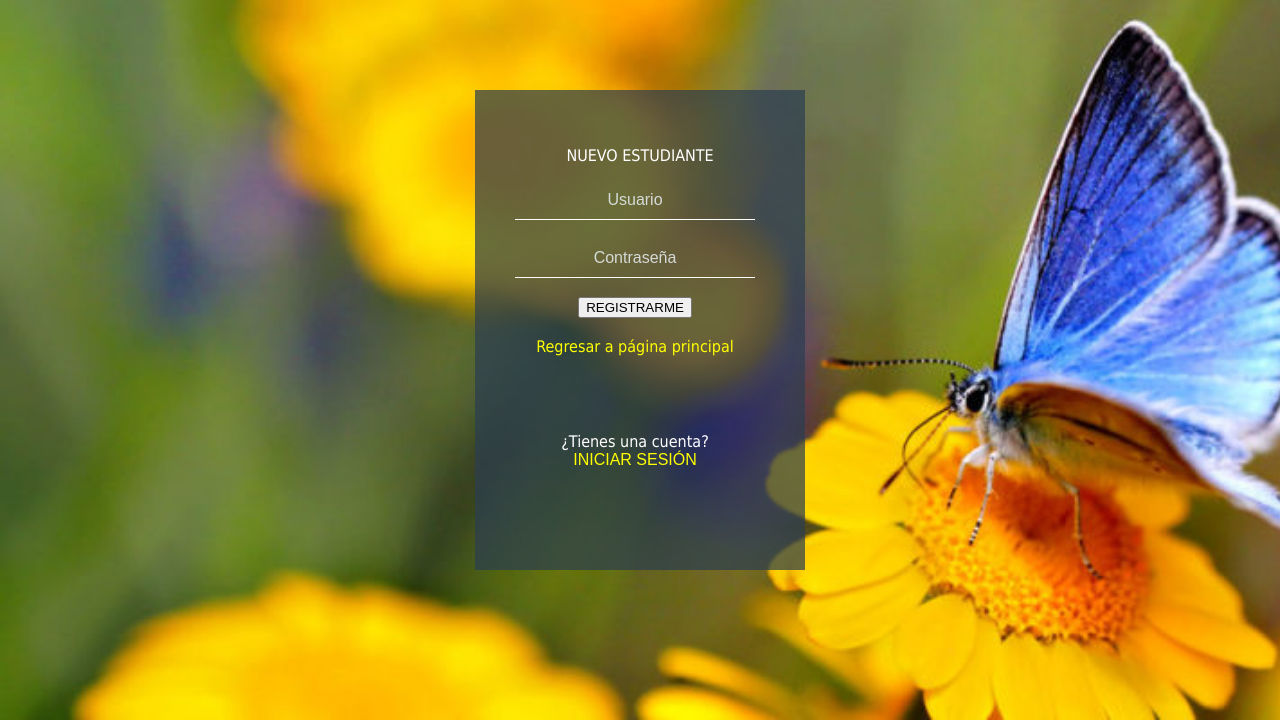
Repository: roberthcobena/Php
Page: http://localhost/registro.php
These files come from the project's save history. The page is drawn as it stood at one moment and after the next save; the edit follows.
The browser window is 1280 px wide. The pictures show the whole page.
Some web fonts or font styles are not loaded; a fallback is used. The page is run by PHP 8.4 with error messages shown; the project is at /var/www/html/.

Above is the page before, as saved 2020-06-25 10:20:16.

### Educativa/registro.php
<?php
  require_once ("controladores/conexion/db.php");
  require_once ("controladores/classes/Login.php");
  $login = new Login();
  list($true,$user_perfil) = $login->isUserLoggedIn();
  if ($true == 1 && $user_perfil == 1) {
    header("location: app/admin.php");
  } else if ($true == 1 && $user_perfil == 2) {
   header("location: app/docente.php");
  } else if ($true == 1 && $user_perfil == 3) {
   header("location: app/aula/estudiante.php");
  } else{
?>
<html>
<head>
<meta http-equiv="Content-Type" content="text/html; charset=utf-8" />
<title>INGRESAR</title>
<link href="recursos/login/css/logn.css" rel="stylesheet" type="text/css" />
<link href="https://fonts.googleapis.com/css?family=Play" rel="stylesheet">
<link rel="icon" href="recursos/template/images/favicon.ico" type="image/x-icon">
</head>

<body>
   <div class="signin">
   <center>
      <p class="login-box-msg">NUEVO ESTUDIANTE</p>
   </center>
   <form method="post" accept-charset="utf-8" name="registro" autocomplete="off" role="form" >
      <input type="text" class="form-control" placeholder="Usuario" name="user_name" required></br></br>
      <input type="password" class="form-control" placeholder="Contraseña" name="user_password" required></br></br>

	  <button type="submit"  name="login" id="submit">REGISTRARME</button></br></br>

      <a href="index.php">Regresar a página principal</a></br></br></br></br></br>
      ¿Tienes una cuenta?<a href="login.php" style="font-family:'Play', sans-serif;"></br>INICIAR SESIÓN</a>
   </form>
</div>
</body>
</html>
<?php
  }

### Educativa/controladores/conexion/db.php
<?php
/*Datos de conexion a la base de datos*/
define('DB_HOST', 'localhost');//DB_HOST:  generalmente suele ser "127.0.0.1"
define('DB_USER', 'root');//Usuario de tu base de datos
define('DB_PASS', '');//Contraseña del usuario de la base de datos
define('DB_NAME', 'sisv2');//Nombre de la base de datos
?>

### Educativa/controladores/classes/Login.php
<?php
class Login
{
    /**
     * @var object The database connection
     */
    private $db_connection = null;
    /**
     * @var array Collection of error messages
     */
    public $errors = array();
    /**
     * @var array Collection of success / neutral messages
     */
    public $messages = array();
    public function __construct()
    {
        session_start();
        if (isset($_GET["logout"])) {
            $this->doLogout();
        }
        elseif (isset($_POST["login"])) {
            $this->dologinWithPostData();
        }
    }

    private function dologinWithPostData()
    {
        if (empty($_POST['user_name'])) {
            $this->errors[] = "Campo de usuario esta vacío.";
        } elseif (empty($_POST['user_password'])) {
            $this->errors[] = "Campo de contraseña esta vacío.";
        } elseif (!empty($_POST['user_name']) && !empty($_POST['user_password'])) {
            $this->db_connection = new mysqli(DB_HOST, DB_USER, DB_PASS, DB_NAME);

            if (!$this->db_connection->set_charset("utf8")) {
                $this->errors[] = $this->db_connection->error;
            }
            if (!$this->db_connection->connect_errno) {
                $user_name = $this->db_connection->real_escape_string($_POST['user_name']);
                $user_pass = $this->db_connection->real_escape_string($_POST['user_password']);
                $sql = "SELECT u.id_usuario, u.u_tipo, u.u_usuario, u.u_contra
                        FROM usuario u, tipo_usuario t
                        WHERE u.u_tipo=t.id_tipo_usuario AND u.u_usuario = '" . $user_name . "' AND u.u_contra = '" . $user_pass . "';";
                $result_of_login_check = $this->db_connection->query($sql);
                if ($result_of_login_check->num_rows == 1) {
                    $result_row = $result_of_login_check->fetch_object();
                        $_SESSION['id_usuario'] = $result_row->id_usuario;
                        $_SESSION['u_usuario'] = $result_row->u_usuario;
                        if ($result_row->u_tipo == 1) {
                            $_SESSION['u_tipo'] = 1;
                        }elseif ($result_row->u_tipo == 2) {
                            $_SESSION['u_tipo'] = 2;
                        }elseif ($result_row->u_tipo == 3) {
                            $_SESSION['u_tipo'] = 3;
                        }
                        $_SESSION['user_login_status'] = 1;

                    } else {
                        $this->errors[] = "Usuario y/o contraseña no coinciden.";
                    }
                } else {
                    $this->errors[] = "Usuario y/o contraseña no coinciden.";
                }
            } else {
                $this->errors[] = "Problema de conexión de base de datos.";
            }
        }

    public function doLogout()
    {
        $_SESSION = array();
        session_destroy();
        $this->messages[] = "Has sido desconectado.";
    }

    /**
     * simply return the current state of the user's login
     * @return boolean user's login status
     */
    public function isUserLoggedIn()
    {
        if (isset($_SESSION['user_login_status']) AND $_SESSION['user_login_status'] == 1 AND $_SESSION['u_tipo'] == 1) {
            $user_perfil = 1;
            $true = 1;
            return array($true, $user_perfil);

        } elseif (isset($_SESSION['user_login_status']) AND $_SESSION['user_login_status'] == 1 AND $_SESSION['u_tipo'] == 2) {
            $user_perfil = 2;
            $true = 1;
            return array($true, $user_perfil);
        } elseif (isset($_SESSION['user_login_status']) AND $_SESSION['user_login_status'] == 1 AND $_SESSION['u_tipo'] == 3) {
            $user_perfil = 3;
            $true = 1;
            return array($true, $user_perfil);
        } else{
            return false;
        }
    }
}

### Educativa/recursos/login/css/logn.css
body {
    font-family: Tahoma, Geneva, sans-serif;
    color: #fff;
    background: url(../img/ingresar.jpg);
    background-size: cover;
}

.signin {
    background: rgba(44, 62, 80, 0.7);
    padding: 40px;
    width: 250px;
    margin: auto;
    margin-top: 90px;
    height: 400px;
    margin-left: 180x;
}

form {
    width: 240px;
    text-align: center;
}

input {
    width: 240px;
    text-align: center;
    background: transparent;
    border: none;
    border-bottom: 1px solid #fff;
    font-family: 'Play', sans-serif;
    font-size: 16px;
    font-weight: 200px;
    padding: 10px 0;
    transition: border 0.5s;
    outline: none;
    color: #fff;
}

input[type=submit] {
    border: none;
    width: 190px;
    background: white;
    color: #000;
    font-size: 16px;
    line-height: 25px;
    padding: 10px 0;
    border-radius: 15px;
    cursor: pointer;
}

input[type=submit]:hover {
    color: #fff;
    background-color: black;
}

.button {
    background-color: #4CAF50;
    /* Green */
    border: none;
    color: white;
    padding: 15px 32px;
    text-align: center;
    text-decoration: none;
    display: inline-block;
    font-size: 16px;
}

h2 {
    color: white;
}

a {
    color: yellow;
    text-decoration: blink;
}

a:hover {
    color: skyblue;
}

.container {
    display: flex;
    flex-direction: row;
    width: 100%;
}

::placeholder {
    color: aliceblue;
    opacity: 0.8;
    /* Firefox */
}

After the next save:
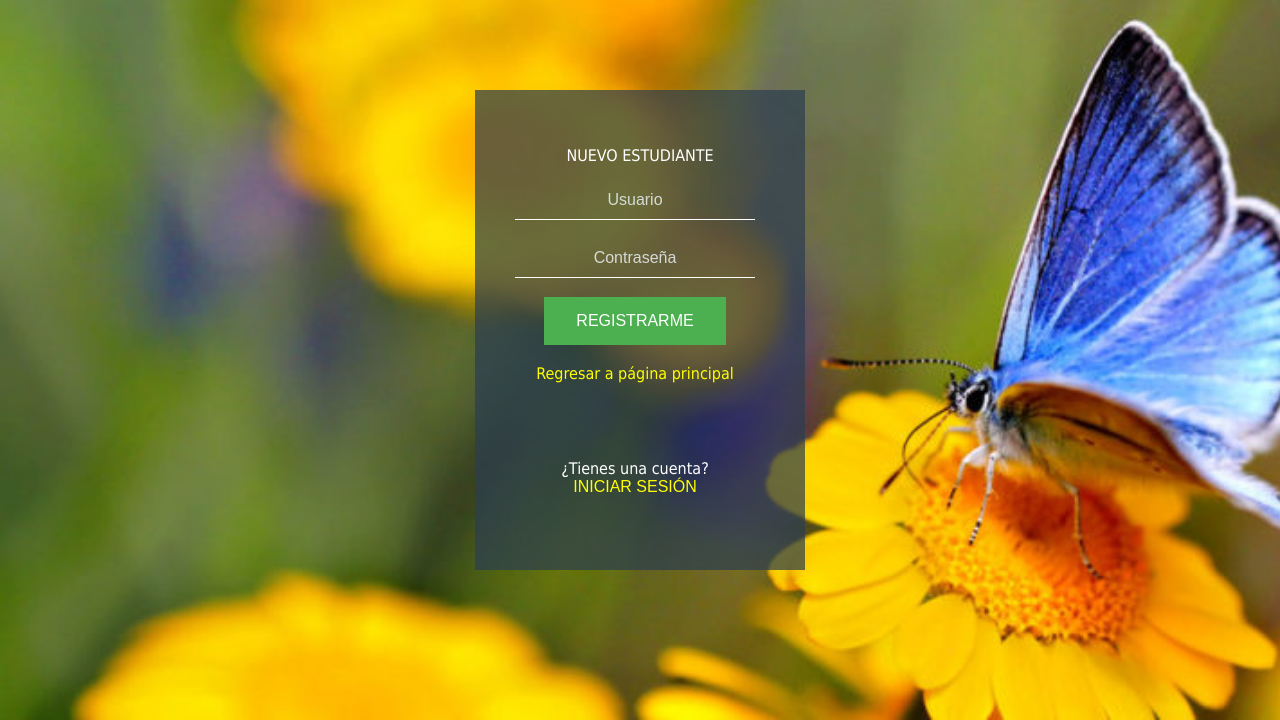
Saved 18 s later.
--- a/Educativa/registro.php
+++ b/Educativa/registro.php
@@ -29,7 +29,7 @@
       <input type="text" class="form-control" placeholder="Usuario" name="user_name" required></br></br>
       <input type="password" class="form-control" placeholder="Contraseña" name="user_password" required></br></br>
 
-	  <button type="submit"  name="login" id="submit">REGISTRARME</button></br></br>
+	  <button type="submit" class="button" name="login" id="submit">REGISTRARME</button></br></br>
 
       <a href="index.php">Regresar a página principal</a></br></br></br></br></br>
       ¿Tienes una cuenta?<a href="login.php" style="font-family:'Play', sans-serif;"></br>INICIAR SESIÓN</a>
